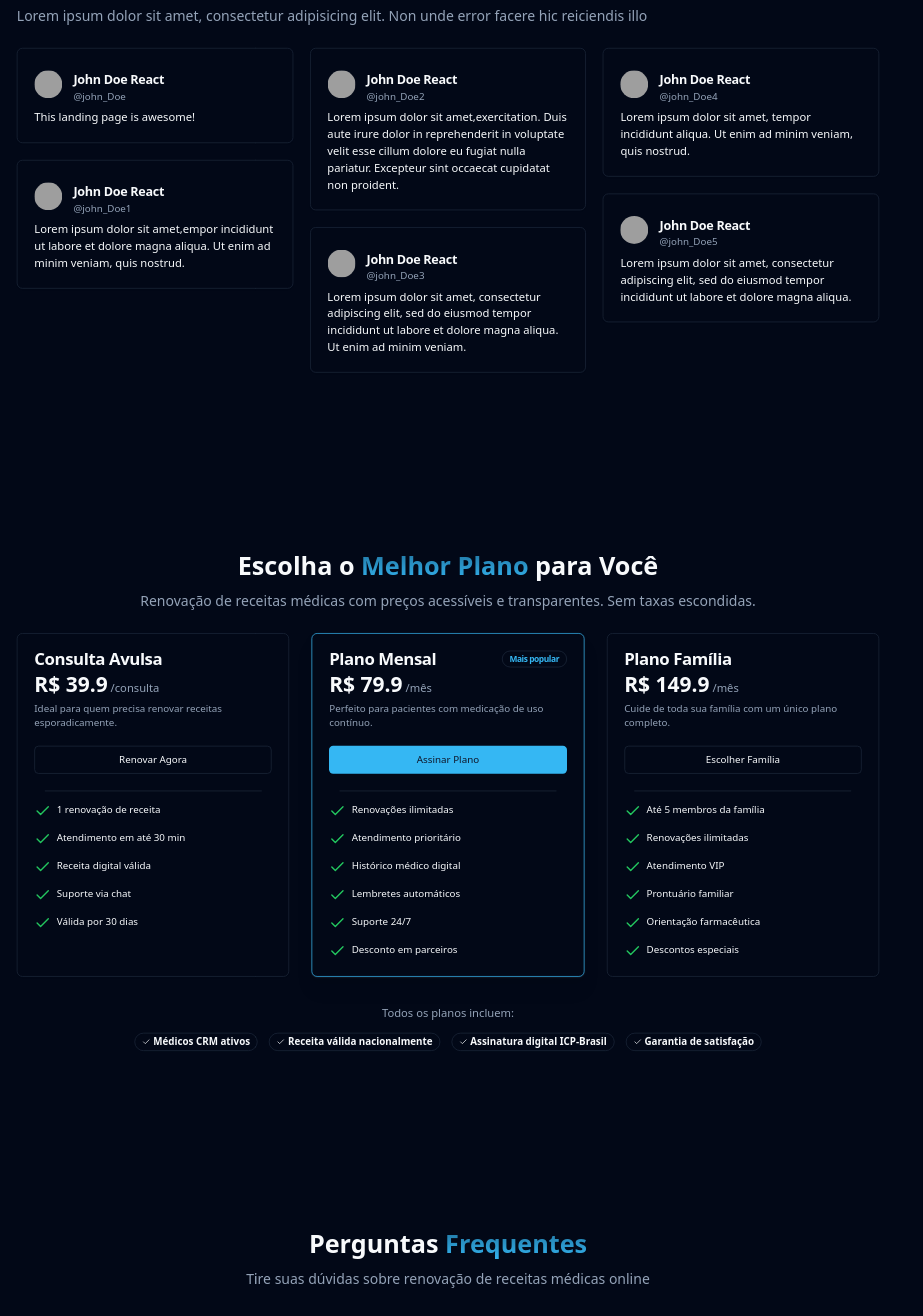
Repository: xoiurp/saude-digital
Page: /
These files come from the project's save history. The page is drawn as it stood at one moment and after the next save; the edit follows.
The browser window is 1280 px wide. The page is 1318 px wide, so the pictures cover 1318 px, including what lies to the right of the window. The pictures show the part of the page from y = 3559 to 5439 px (the page is 6945 px tall), at 70% of full size.
Pictures or frames that could not be fetched are drawn as grey boxes. The project was rebuilt for these pictures with package versions that can differ from the ones it lists, and the page was loaded fresh each time. Also part of the build but not shown: vite.config.ts.

Above is the page before, as saved 2025-09-09 16:02:48.

After the next save:
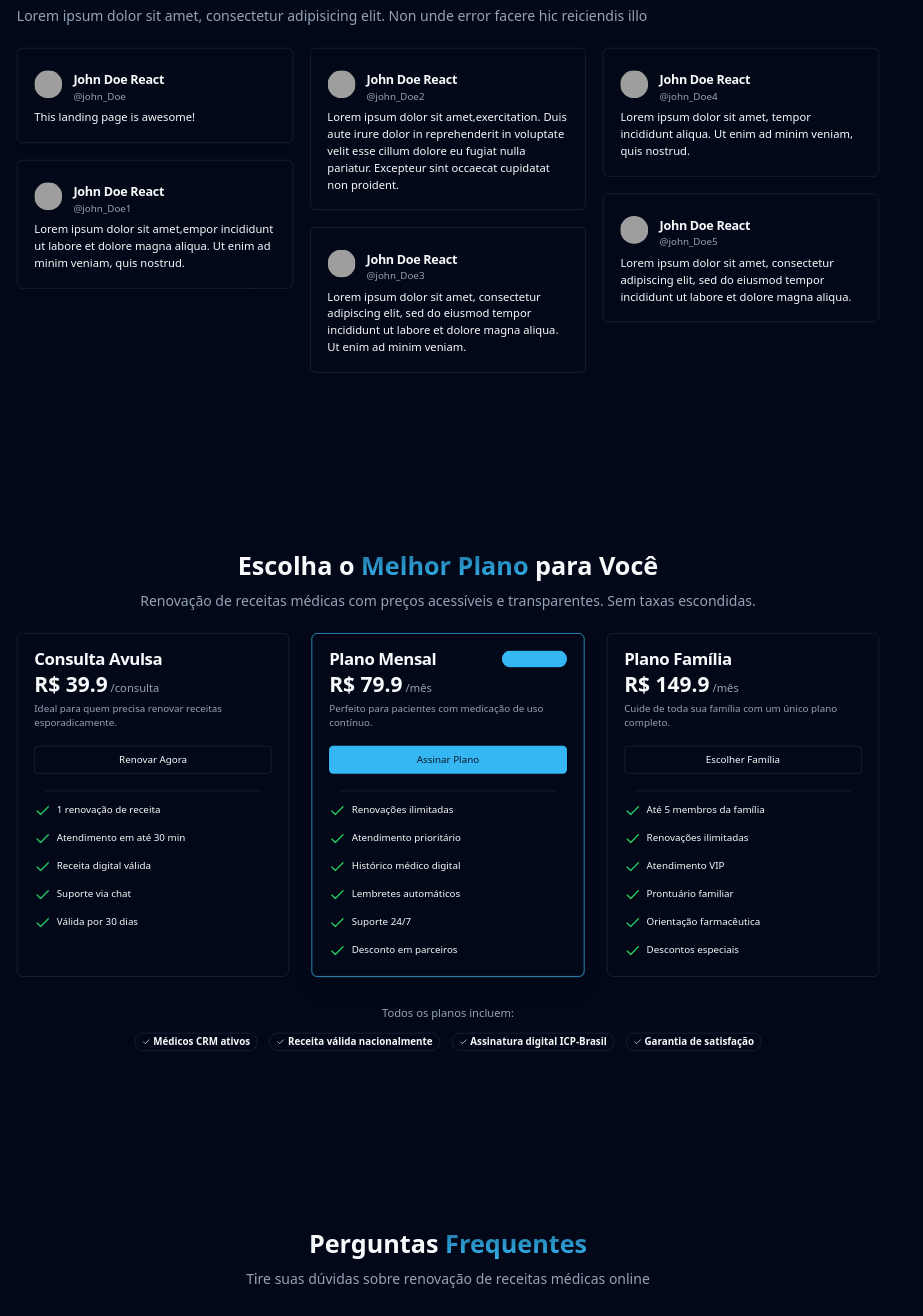
Saved 29 s later.
--- a/src/components/Pricing.tsx
+++ b/src/components/Pricing.tsx
@@ -108,7 +108,7 @@ export const Pricing = () => {
                 {pricing.title}
                 {pricing.popular === PopularPlanType.YES ? (
                   <Badge
-                    variant="filled"
+                    variant="default"
                     className="text-s text-primary"
                   >
                     Mais popular
@@ -124,12 +124,14 @@ export const Pricing = () => {
             </CardHeader>
 
             <CardContent>
-              <Button
-                className="w-full"
-                variant={pricing.popular === PopularPlanType.YES ? "default" : "outline"}
-              >
-                {pricing.buttonText}
-              </Button>
+              <a href="http://wa.me/5516981747790" target="_blank" rel="noopener noreferrer" className="w-full">
+                <Button
+                  className="w-full"
+                  variant={pricing.popular === PopularPlanType.YES ? "default" : "outline"}
+                >
+                  {pricing.buttonText}
+                </Button>
+              </a>
             </CardContent>
 
             <hr className="w-4/5 m-auto mb-4" />
